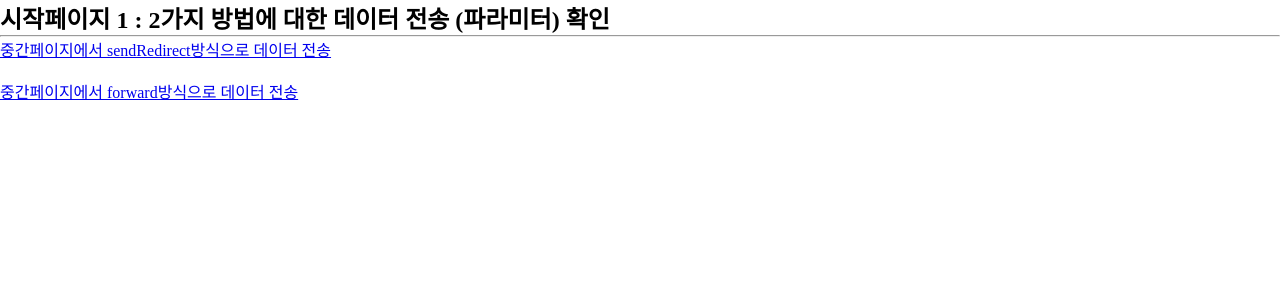
Repository: hyunh84/jsp_study
Page: http://localhost/Day03/j07_attr01.jsp
An editor plug-in stored every save of this project. The page is shown before and after the next save, followed by the edit.
The browser window is 1280 px wide. The pictures show the whole page.
The page is served by Tomcat 9.

Above is the page before, as saved 2015-09-12 03:23:01.

After the next save:
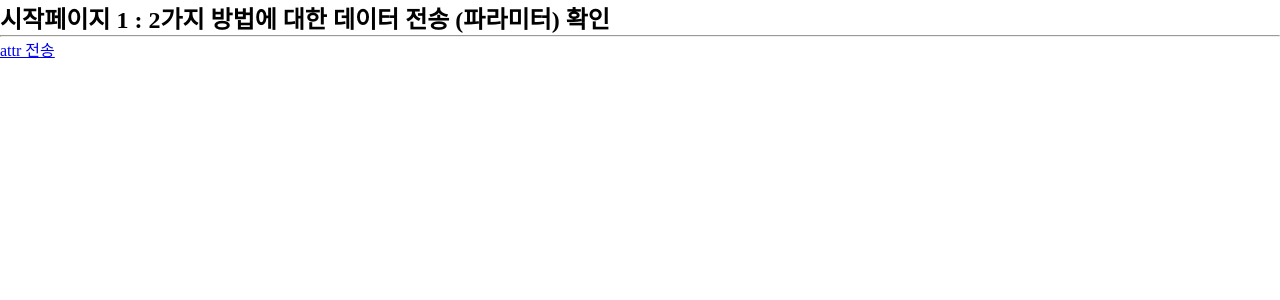
Saved 22 s later.
--- a/MyWorks/Day03/WebContent/j07_attr01.jsp
+++ b/MyWorks/Day03/WebContent/j07_attr01.jsp
@@ -27,9 +27,7 @@
 	 <%
 
 	 %>
-	 <a href="/Day03/j06_send02.jsp?data=sendRedirect">중간페이지에서 sendRedirect방식으로 데이터 전송</a>
-	 <br /><br />
-	 <a href="/Day03/j06_send03.jsp?data=forward">중간페이지에서 forward방식으로 데이터 전송</a>
+	 <a href="/Day03/j07_send02.jsp">attr 전송</a>
 
 </body>
 </html>
